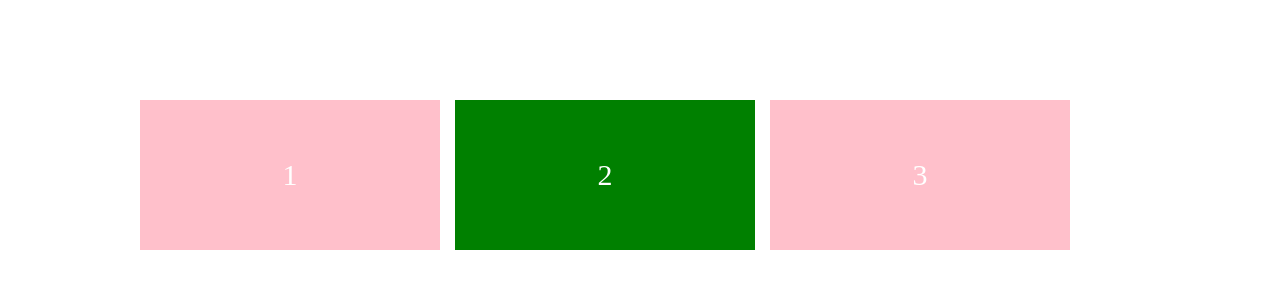
Repository: Germtao/Web
Page: web_css/css3_动画.html
An editor plug-in stored every save of this project. The page is shown before and after the next save, followed by the edit.
The browser window is 1280 px wide. The pictures show the whole page.
The pointer rests on the first visible `.box .box2`.

Above is the page before, as saved 2020-11-03 10:22:25.

### web_css/css3_动画.html
<!DOCTYPE html>
<html lang="en">

<head>
  <meta charset="UTF-8">
  <meta name="viewport" content="width=device-width, initial-scale=1.0">
  <title>CSS3-动画</title>

  <!-- <style>
    .box {
      width: 200px;
      height: 200px;
      background-color: green;
      margin: 100px auto;

      /* 只让宽度在变化时进行过渡 */
      /* transition: width 2s linear 0s; */

      /* 宽度、背景色在变化时，进行过渡 */
      transition: all 2s linear 0s;
    }

    .box:hover {
      width: 500px;
      background-color: orange;
    }
  </style> -->

  <!-- 过渡动画：商品详情 -->
  <!-- <style>
    body {
      margin: 0;
      padding: 0;
      background-color: #eeeeee;
    }

    .content {
      width: 800px;
      height: 320px;
      padding-left: 20px;
      margin: 80px auto;
    }

    .item {
      width: 230px;
      height: 300px;
      text-align: center;
      margin-right: 20px;
      background-color: #FFF;
      float: left;
      position: relative;
      top: 0;
      /* 让溢出的内容隐藏起来。意思是让下方的橙色方形先躲起来 */
      overflow: hidden;
      /* 从最初到鼠标悬停时的过渡 */
      transition: all .5s;
    }

    .item img {
      margin-top: 30px;
    }

    .item .desc {
      position: absolute;
      left: 0;
      bottom: -80px;
      width: 100%;
      height: 80px;
      background-color: #ff6700;
      transition: all .5s;
    }

    /* 鼠标悬停时，让 item 整体往上移动5px，且加一点阴影 */
    .item:hover {
      top: -5px;
      box-shadow: 0 0 15px #AAA;
    }

    /* 鼠标悬停时，让下方的橙色方形现身 */
    .item:hover .desc {
      bottom: 0;
    }
  </style> -->

  <!-- 2D转换动画 -->
  <style>
    .box {
      width: 1000px;
      margin: 100px auto;
    }

    .box div {
      width: 300px;
      height: 150px;
      background-color: pink;
      float: left;
      margin-right: 15px;
      color: white;
      text-align: center;
      font: 400 30px/150px "宋体";
    }

    .box .box2 {
      background-color: greenyellow;
      transition: all 1s;
    }

    .box .box2:hover {
      background-color: green;
    }
  </style>
</head>

<body>
  <!-- <div class="box"></div> -->

  <!-- 过渡动画：商品详情 -->
  <!-- <div class="content">
    <div class="item">
      <img src="img/倪妮.jpg" alt="">
    </div>

    <div class="item">
      <img src="img/宋轶.jpeg" alt="">
      <span class="desc"></span>
    </div>

    <div class="item">
      <img src="img/李沁.jpg" alt="">
      <span class="desc"></span>
    </div>
  </div> -->

  <!-- 2D转换动画 -->
  <div class="box">
    <div class="box1">1</div>
    <div class="box2">2</div>
    <div class="box3">3</div>
  </div>
</body>

</html>

After the next save:
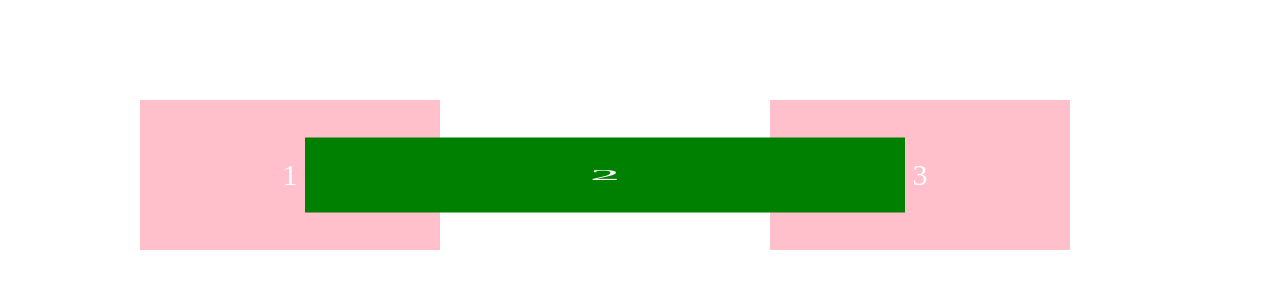
Saved 24 s later.
--- a/web_css/css3_动画.html
+++ b/web_css/css3_动画.html
@@ -107,6 +107,7 @@
 
     .box .box2:hover {
       background-color: green;
+      transform: scale(2, 0.5);
     }
   </style>
 </head>
